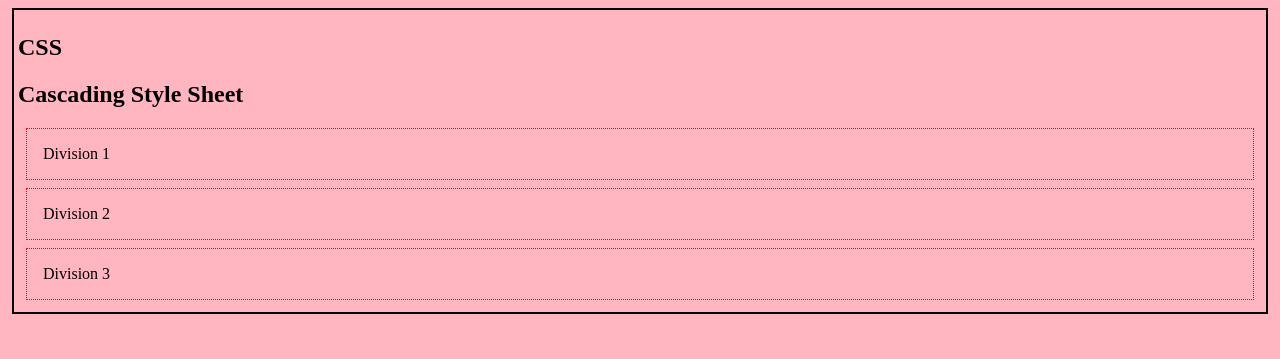
Repository: Sid0130/HTML
Page: lab-web/lab02_css/src/main/webapp/index.html
These files come from the project's save history. The page is drawn as it stood at one moment and after the next save; the edit follows.
The browser window is 1280 px wide. The pictures show the whole page.

Above is the page before, as saved 2024-12-04 07:04:33.

### lab-web/lab02_css/src/main/webapp/index.html
<!DOCTYPE html>
<html>
	<head>
		<meta charset="UTF-8">
		<title>Lab02 CSS</title>

        <!-- 외부 CSS 파일 링크 -->
        <link rel="stylesheet" href="css/mystyle.css"/>

        <!-- 내부 CSS 작성 -->
        <style>
            div{
                border:1px dotted red;
            }
        </style>

	</head>
	<body>

<!-- 메인이라는 의미만 갖고있는 -->
		<main> <!-- 웹 페이지의 주요 영역(main devision)라는 의미를 갖는 태그. -->
            <section> <!-- 웹 페이지의 섹션 영역(section division)이라는 의미를 갖는 태그. -->
                <h1>CSS</h1>
                <h2>Cascading Style Sheet</h2>

                <!-- 모든 div에 똑같은 설정을 지정해줌. -->
                <div>Division 1</div>
                <div>Division 2</div>
                <div>Division 3</div>

            </section>
        </main>
	</body>
</html>

<!--
Front-End 개발 언어:
1. HTML: 웹 페이지의 정적 컨텐츠(링크, 이미지, 테이블, 폼, 리스트, ...)들을 작성하는 언어
2. CSS: 웹 페이지의 스타일(요소 배치, 색상, 모양, 크기, ...)들을 작성하는 언어.
3. JavaScript: 웹 페이지의 동적 변화, 이벤트 처리, 서버와 통신 등과 같은 기능을 구현하는 언어.
   **중요: 브라우저에서 실행되는 프로그래밍 언어. 노드js가 서버에서 해주기도 하는데  일반적으로 브라우저에서 실행.

CSS 적용 방법:
1. 외부(external) CSS: 별도의 css 파일에서 작성된 내용을 html 파일에서 링크해서 사용.
2. 내부(internal) CSS: HTML 파일의 <script> 태그 안에서 스타일을 작성.
3. inline CSS: 각각의 HTML 태그 요소 안에서 style 속성(attribute) 값을 작성.
-->

### lab-web/lab02_css/src/main/webapp/css/mystyle.css
@charset "UTF-8";  /* CSS 파일의 인코딩 선언*/

/*
 * CSS 문법:
 * selector {
 *     property: value;
 *     ...
 * }
 */

body {
    background-color: LightPink; /* 바탕색 */
}

main{
    border: 2px solid black; /* 테두리선 굵기, 모양, 색깔 */
    margin: 4px; /* 테두리선 바깥 여백 */
    padding: 4px; /* 테두리선 안쪽 여백 */
}
/* 스타일의 이름 속성 값 세미콜론 */


div{
    border: 2px solid white;
    margin: 8px;
    padding: 16px;
}

After the next save:
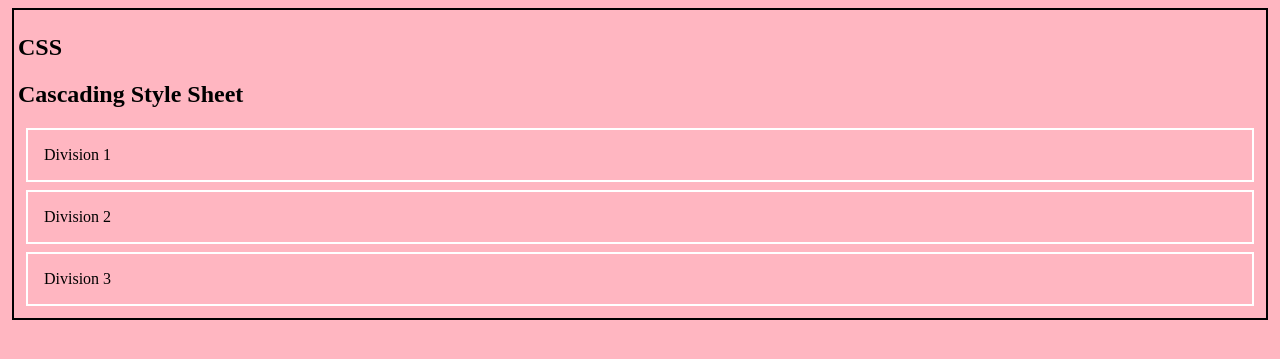
Saved 2 min 40 s later.
--- a/lab-web/lab02_css/src/main/webapp/index.html
+++ b/lab-web/lab02_css/src/main/webapp/index.html
@@ -5,7 +5,6 @@
 		<title>Lab02 CSS</title>
 
         <!-- 외부 CSS 파일 링크 -->
-        <link rel="stylesheet" href="css/mystyle.css"/>
 
         <!-- 내부 CSS 작성 -->
         <style>
@@ -13,6 +12,7 @@
                 border:1px dotted red;
             }
         </style>
+        <link rel="stylesheet" href="css/mystyle.css"/>
 
 	</head>
 	<body>

After the save that followed:
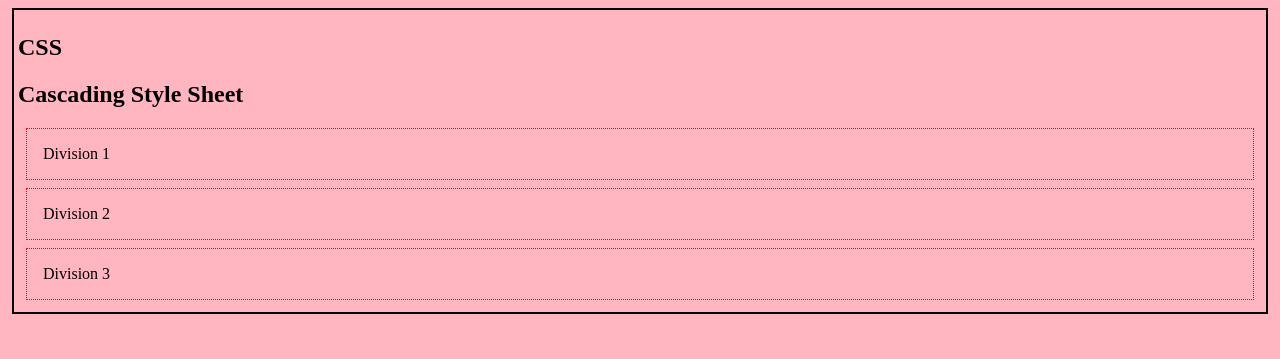
Saved 6 s later.
--- a/lab-web/lab02_css/src/main/webapp/index.html
+++ b/lab-web/lab02_css/src/main/webapp/index.html
@@ -5,6 +5,7 @@
 		<title>Lab02 CSS</title>
 
         <!-- 외부 CSS 파일 링크 -->
+        <link rel="stylesheet" href="css/mystyle.css"/>
 
         <!-- 내부 CSS 작성 -->
         <style>
@@ -12,7 +13,6 @@
                 border:1px dotted red;
             }
         </style>
-        <link rel="stylesheet" href="css/mystyle.css"/>
 
 	</head>
 	<body>
